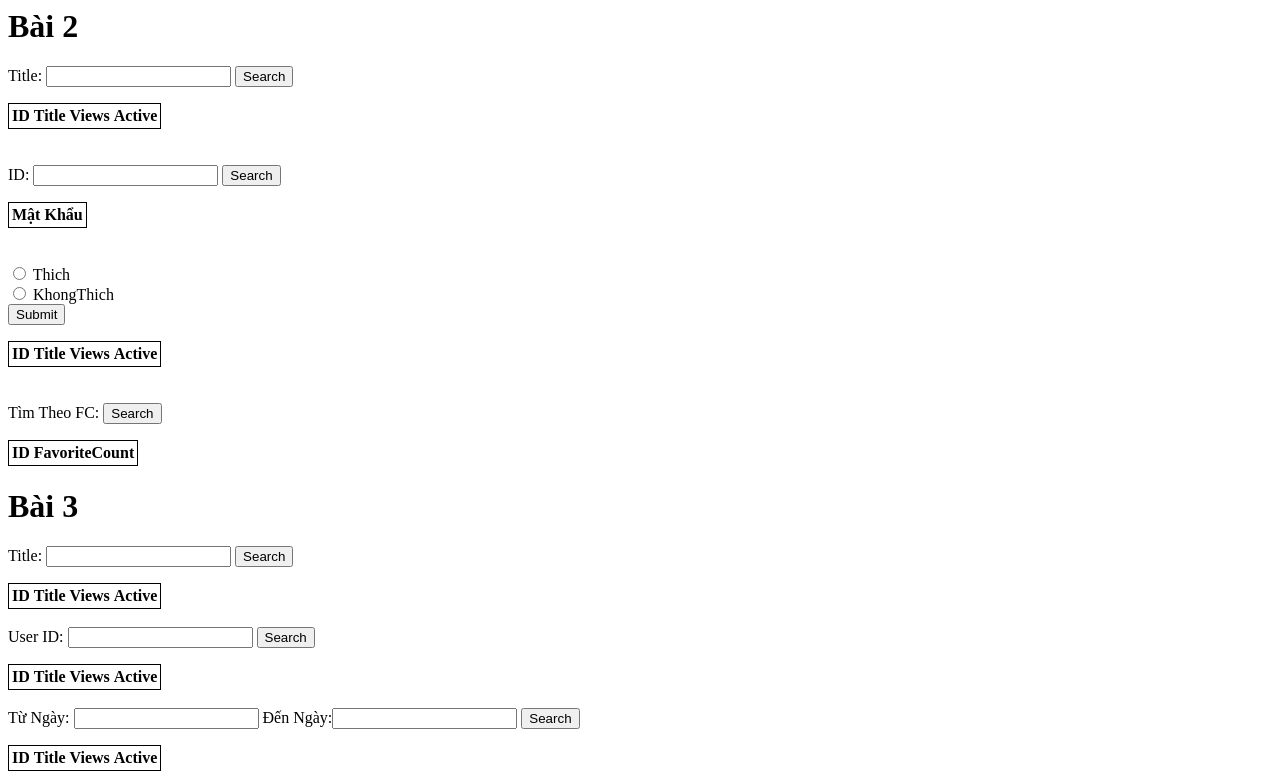
Repository: Hacorbie/Java-Servlet
Page: http://localhost/Lab6_Java4/views/NewFile.jsp
An editor plug-in stored every save of this project. The page is shown before and after a run of saves, followed by the edit.
The browser window is 1280 px wide. The pictures show the whole page.
The page is served by Tomcat 9. The template is opened directly, without the code that normally fills it, so the values that code supplies are empty.

Above is the page before, as saved 2023-04-05 08:32:18.

After the next 2 saves:
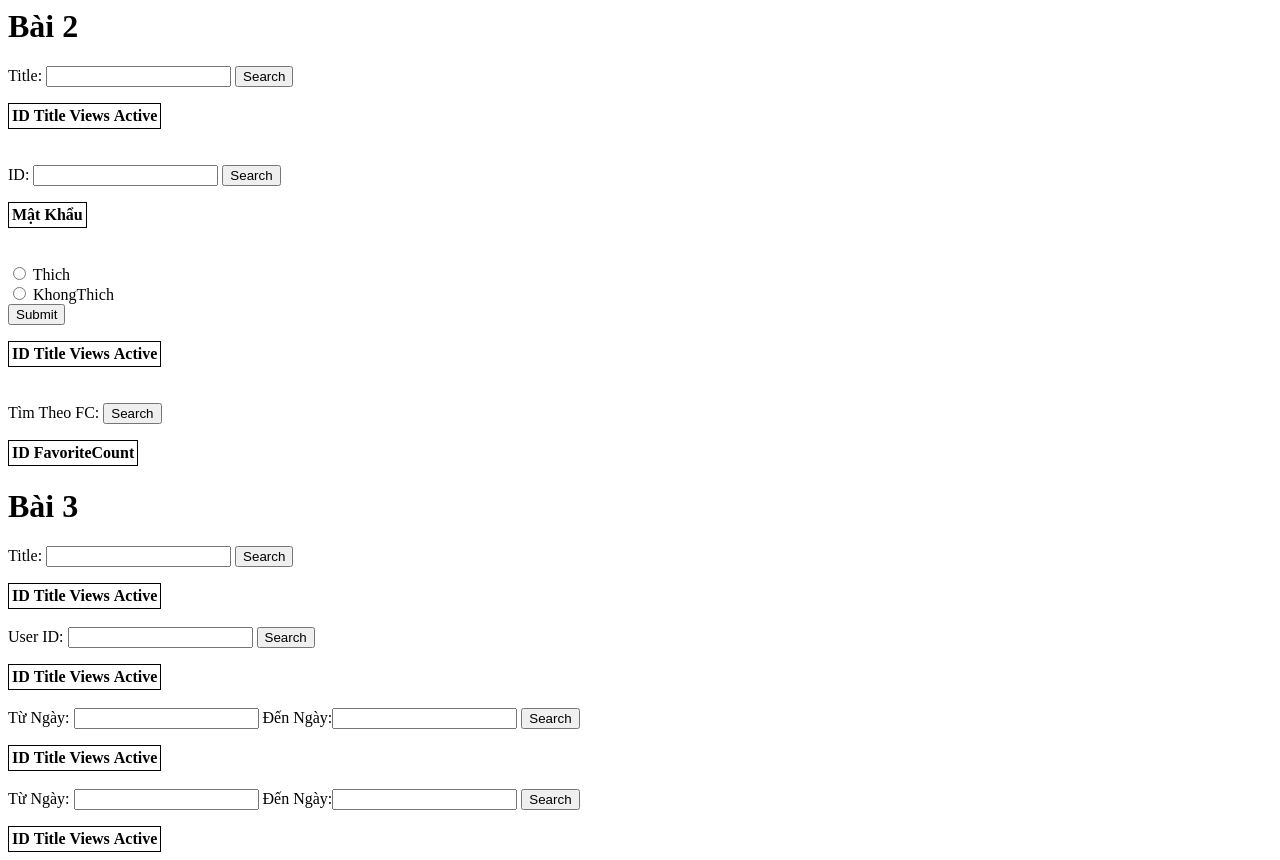
The 2 saves are shown as one change because they came seconds apart.
The last was saved 33 s later.
--- a/Lab6_Java4/src/main/webapp/views/NewFile.jsp
+++ b/Lab6_Java4/src/main/webapp/views/NewFile.jsp
@@ -182,5 +182,30 @@
 			</c:forEach>
 		</tbody>
 	</table>
+	<br>
+	<form action="${url}/SearchVidByM" method="POST">
+		<label>Từ Ngày:</label> <input type="text" name="searchvimf"> <label>Đến Ngày:</label><input type="text" name="searchvimt">
+		<button type="submit">Search</button>
+	</form>
+	<table style="border: 1px solid black">
+		<thead>
+			<tr>
+				<th>ID</th>
+				<th>Title</th>
+				<th>Views</th>
+				<th>Active</th>
+			</tr>
+		</thead>
+		<tbody>
+			<c:forEach items="${vivims}" var="vivim">
+				<tr>
+					<td>${vivim.id}</td>
+					<td>${vivim.title}</td>
+					<td>${vivim.views}</td>
+					<td>${vivim.active}</td>
+				</tr>
+			</c:forEach>
+		</tbody>
+	</table>
 </body>
 </html>
